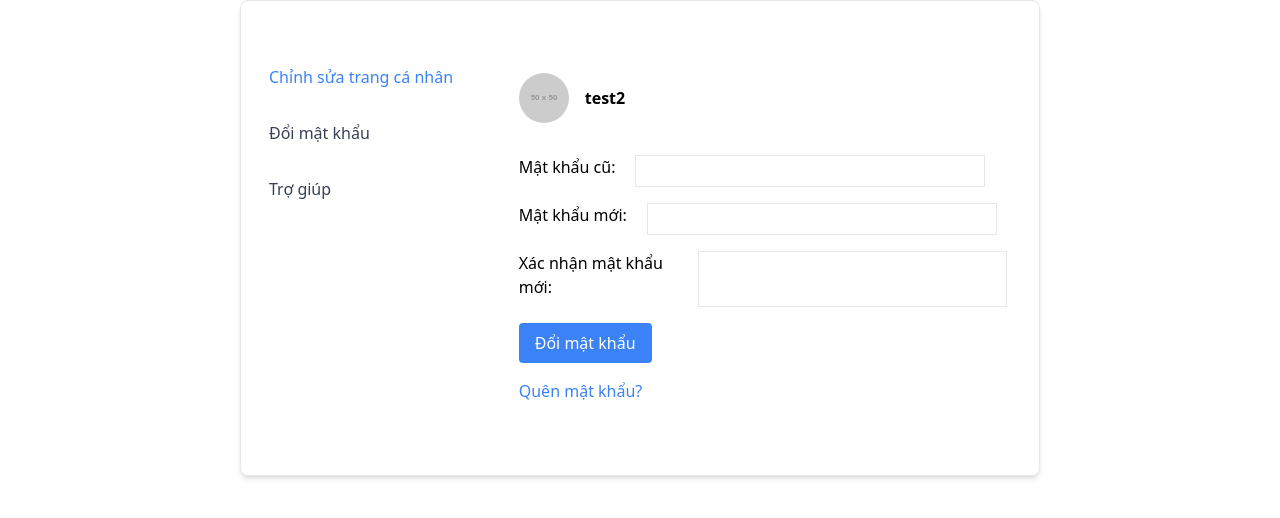
Repository: DangNgocDuong250903/2425_CS445AC_NHOM1
Page: /changepassword (app in social_fe/)
These files come from the project's save history. The page is drawn as it stood at one moment and after the next save; the edit follows.
The browser window is 1280 px wide. The pictures show the whole page.
The project was rebuilt for these pictures with package versions that can differ from the ones it lists, and the page was loaded fresh each time. Also part of the build but not shown: social_fe/vite.config.js, social_fe/src/components/Button/index.jsx, social_fe/src/assets/index.js, social_fe/src/components/FriendCard/index.jsx, social_fe/src/components/Loading/index.jsx, social_fe/src/components/PostCard/index.jsx, social_fe/src/components/ProfileCard/index.jsx, social_fe/src/components/TextInput/index.jsx and 9 more.

Above is the page before, as saved 2024-11-05 16:48:44.

### social_fe/index.html
<!DOCTYPE html>
<html lang="en">
  <head>
    <meta charset="UTF-8" />
    <link rel="icon" type="image/svg+xml" href="/public/logo.svg" />
    <meta name="viewport" content="width=device-width, initial-scale=1.0" />
    <title>LinkVerse</title>
  </head>
  <body>
    <div id="root"></div>
    <script type="module" src="/src/main.jsx"></script>
  </body>
</html>

### social_fe/src/main.jsx
import { StrictMode } from "react";
import { createRoot } from "react-dom/client";
import App from "./App.jsx";
import "./index.css";
import { store } from "./redux/store.js";
import { Provider } from "react-redux";
import { BrowserRouter } from "react-router-dom";

createRoot(document.getElementById("root")).render(
  <StrictMode>
    <Provider store={store}>
      <BrowserRouter>
        <App />
      </BrowserRouter>
    </Provider>
  </StrictMode>,
);

### social_fe/src/App.jsx
import { Outlet, Navigate, Route, Routes, useLocation } from "react-router-dom";
import {
  Home,
  Profile,
  Register,
  Login,
  ResetPassword,
  NotFound,
} from "./pages";
import { useSelector } from "react-redux";
import UpdateUser from "./pages/ProfilePage/updateUser";
import ChangePassword from "./pages/ProfilePage/ChangePassword";

const Layout = () => {
  const { user } = useSelector((state) => state.user);
  const location = useLocation();

  return user?.token ? (
    <Outlet />
  ) : (
    <Navigate to="/login" state={{ from: location }} replace />
  );
};

function App() {
  const { theme } = useSelector((state) => state.theme);

  return (
    <div data-theme={theme} className="w-full min-h-[100vh]">
      <Routes>
        <Route element={<Layout />}>
          <Route path="/" element={<Home />} />
          <Route path="/profile" element={<Profile />} />
          <Route path="/update_user" element={<UpdateUser />} />
          <Route path="/changepassword" element={<ChangePassword />} />




        </Route>

        <Route path="/register" element={<Register />} />
        <Route path="/login" element={<Login />} />
        <Route path="/reset-password" element={<ResetPassword />} />
        <Route path="*" element={<NotFound />} />
      </Routes>
    </div>
  );
}

export default App;

### social_fe/src/index.css
@tailwind base;
@tailwind components;
@tailwind utilities;

::-webkit-scrollbar {
    display: none;
     -ms-overflow-style: none;  /* IE and Edge */
    scrollbar-width: none;
  }

  .topbar{
  position: sticky;
  top: 0px;
  z-index: 49;
  }


  .dots-container {
    display: flex;
    align-items: center;
    justify-content: center;
    height: 100%;
    width: 100%;
    margin-bottom: 5px;
  }

  .dot {
    height: 12px;
    width: 12px;
    margin-right: 10px;
    border-radius: 10px;
    background-color: #fff;
    animation: pulse 1.5s infinite ease-in-out;
  }

  .dot:last-child {
    margin-right: 0;
  }

  .dot:nth-child(1) {
    animation-delay: -0.3s;
  }

  .dot:nth-child(2) {
    animation-delay: -0.1s;
  }

  .dot:nth-child(3) {
    animation-delay: 0.1s;
  }

  @keyframes pulse {
    0% {
      transform: scale(0.8);
      background-color: #b3d4fc;
      box-shadow: 0 0 0 0 rgba(178, 212, 252, 0.7);
    }

    50% {
      transform: scale(1.2);
      background-color: #4b79e4;
      box-shadow: 0 0 0 10px rgba(178, 212, 252, 0);
    }

    100% {
      transform: scale(0.8);
      background-color: #2584f8;
      box-shadow: 0 0 0 0 rgba(178, 212, 252, 0.7);
    }
  }

  @layer base {
    :root {
      --color-bg: 227 227 227;
      --color-primary: 255 255 255;
      --color-secondary:255 255 255;
      --color-ascent1: 0 0 0;
      --color-ascent2: 89 91 100;
      --color-blue: 6 90 216;
      --color-white: 255 255 255;

    }
    /* //15 23 42  21 30 49*/
    [data-theme="dark"] {
       --color-bg: 12 12 12;
       --color-primary: 31 31 31;
      --color-secondary: 47 45 48;
      --color-ascent1: 255 255 255;
      --color-ascent2: 164 161 162;
      --color-blue: 6 90 216;
      /* //16 176 255; */
      --color-white: 255 255 255;
    }
  }

### social_fe/src/redux/store.js
import { configureStore } from "@reduxjs/toolkit";

import { rootReducer } from "./reducer";

const store = configureStore({
  reducer: rootReducer,
});

const { dispatch } = store;

export { store, dispatch };

### social_fe/src/pages/index.js
import Home from "./HomePage";
import Login from "./LoginPage";
import NotFound from "./NotFoundPage";
import Profile from "./ProfilePage";
import Register from "./RegisterPage";
import ResetPassword from "./ResetPasswordPage";

export { Home, Login, NotFound, Profile, Register, ResetPassword };

### social_fe/src/pages/ProfilePage/ChangePassword.jsx
import React, { useState } from 'react';
import { Link, useNavigate } from 'react-router-dom';

const ChangePassword = () => {
    const [selectedLink, setSelectedLink] = useState(1);
    const navigate = useNavigate()
    const handleLinkClick = (linkIndex) => {
        setSelectedLink(linkIndex);
    };
    return (
        <div className="flex w-[800px] mx-auto pt-10 pb-10 border border-gray-200 shadow-md rounded-lg">
            <div className="w-1/3 p-4 bg-white rounded-md ">
                <ul className="flex flex-col ">

                    <Link
                        to="/update_user"
                        onClick={() => handleLinkClick(1)}
                        className={`mb-4 font-medium hover:bg-gray-200 px-3 py-2 rounded-lg ${selectedLink === 1 ? 'text-blue-500' : 'text-gray-700'}`}
                    >
                        Chỉnh sửa trang cá nhân
                    </Link>


                    <Link
                        to="/changepassword"
                        onClick={() => handleLinkClick(2)}
                        className={`mb-4 font-medium hover:bg-gray-200 px-3 py-2 rounded-lg ${selectedLink === 2 ? 'text-blue-500' : 'text-gray-700'}`}
                    >
                        Đổi mật khẩu
                    </Link>

                    <Link

                        onClick={() => handleLinkClick(3)}
                        className={`mb-4 font-medium hover:bg-gray-200 px-3 py-2 rounded-lg ${selectedLink === 3 ? 'text-blue-500' : 'text-gray-700'}`}
                    >
                        Trợ giúp
                    </Link>
                </ul>
            </div>
            <div className="w-3/4 p-8">
                <div className="flex items-center mb-8">
                    <img src="https://placehold.co/50x50" alt="User avatar" className="mr-4 rounded-full" />
                    <span className="font-bold">test2</span>
                </div>
                <div className="flex gap-5 mb-4 ">
                    <label className="mb-2 ">Mật khẩu cũ:</label>
                    <input type="password" className="w-[350px] px-2 border" />
                </div>
                <div className="flex gap-5 mb-4">
                    <label className="mb-2 ">Mật khẩu mới:</label>
                    <input type="password" className=" w-[350px] px-2 border " />
                </div>
                <div className="flex gap-5 mb-4">
                    <label className="mb-2 ">Xác nhận mật khẩu mới:</label>
                    <input type="password" className=" w-[350px] px-2 border " />
                </div>
                <button className="px-4 py-2 text-white bg-blue-500 rounded">Đổi mật khẩu</button>
                <div className="mt-4">
                    <a href="#" className="text-blue-500">Quên mật khẩu?</a>
                </div>
            </div>
        </div>
    );
};

export default ChangePassword;

### social_fe/src/redux/reducer.js
import { combineReducers } from "@reduxjs/toolkit";

import postSlice from "./Slices/postSlice";
import themeSlice from "./Slices/theme";
import userSlice from "./Slices/userSlice";

const rootReducer = combineReducers({
  user: userSlice,
  theme: themeSlice,
  posts: postSlice,
});

export { rootReducer };

### social_fe/src/redux/Slices/postSlice.js
import { createSlice } from "@reduxjs/toolkit";

const initialState = {
  posts: {},
};

const postSlice = createSlice({
  name: "post",
  initialState,
  reducers: {
    getPosts(state, action) {
      state.posts = action.payload;
    },
  },
});

export default postSlice.reducer;

export function SetPosts(post) {
  return (dispatch) => {
    dispatch(postSlice.actions.getPosts(post));
  };
}

### social_fe/src/redux/Slices/theme.js
import { createSlice } from "@reduxjs/toolkit";

const initialState = {
  theme: JSON.parse(window?.localStorage.getItem("theme")) ?? "dark",
};

const themeSlice = createSlice({
  name: "theme",
  initialState,
  reducers: {
    setTheme(state, action) {
      state.theme = action.payload;
      localStorage.setItem("theme", JSON.stringify(action.payload));
    },
  },
});

export default themeSlice.reducer;

export function SetTheme(value) {
  return (dispatch) => {
    dispatch(themeSlice.actions.setTheme(value));
  };
}

### social_fe/src/redux/Slices/userSlice.js
import { createSlice } from "@reduxjs/toolkit";

import { user } from "../../assets/data";

const initialState = {
  user: JSON.parse(window?.localStorage.getItem("user")) ?? user,
  edit: false,
};

const userSlice = createSlice({
  name: "user",
  initialState,
  reducers: {
    login(state, action) {
      state.user = action.payload;
      localStorage.setItem("user", JSON.stringify(action.payload));
    },
    logout(state) {
      state.user = null;
      localStorage?.removeItem("user");
    },
    updateProfile(state, action) {
      state.edit = action.payload;
    },
  },
});
export default userSlice.reducer;

export function UserLogin(user) {
  return (dispatch) => {
    dispatch(userSlice.actions.login(user));
  };
}

export function Logout() {
  return (dispatch) => {
    dispatch(userSlice.actions.logout());
  };
}

export function UpdateProfile(val) {
  return (dispatch) => {
    dispatch(userSlice.actions.updateProfile(val));
  };
}

### social_fe/tailwind.config.js
/** @type {import('tailwindcss').Config} */
export default {
  content: [
    "./index.html",
    "./src/**/*.{js,ts,jsx,tsx}",
  ],
  theme: {
    extend: {
      colors: {
        bgColor: "rgb(var(--color-bg) / <alpha-value>)",
        primary: "rgb(var(--color-primary) / <alpha-value>)",
        secondary: "rgb(var(--color-secondary) / <alpha-value>)",
        customBlue: "rgb(var(--color-blue) / <alpha-value>)",
        white: "rgb(var(--color-white) / <alpha-value>)",
        ascent: {
          1: "rgb(var(--colorgit-ascent1) / <alpha-value>)",
          2: "rgb(var(--color-ascent2) / <alpha-value>)",
        },
      },
      screens: {
        sm: "640px",

        md: "768px",

        lg: "1024px",

        xl: "1280px",

        "2xl": "1536px",
      },
      extend: {
      },
    },
    plugins: [],
  }
}

Loaded but not shown: social_fe/src/assets/data.js (508 lines, source omitted)

After the next save:
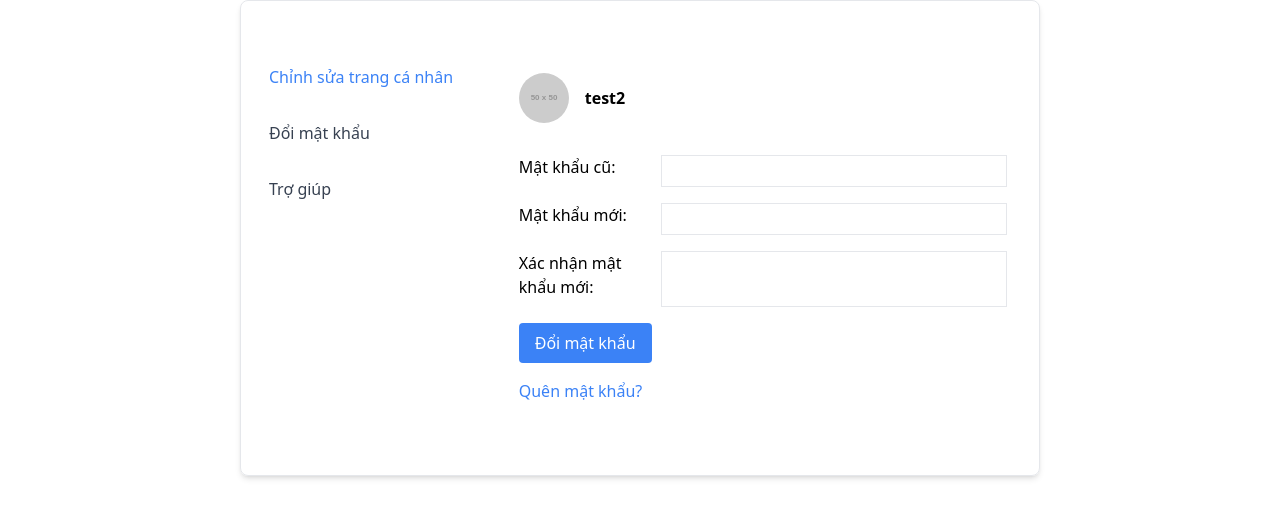
Saved 2 min 45 s later.
--- a/social_fe/src/pages/ProfilePage/ChangePassword.jsx
+++ b/social_fe/src/pages/ProfilePage/ChangePassword.jsx
@@ -43,17 +43,17 @@ const ChangePassword = () => {
                     <img src="https://placehold.co/50x50" alt="User avatar" className="mr-4 rounded-full" />
                     <span className="font-bold">test2</span>
                 </div>
-                <div className="flex gap-5 mb-4 ">
-                    <label className="mb-2 ">Mật khẩu cũ:</label>
-                    <input type="password" className="w-[350px] px-2 border" />
+                <div className="flex gap-5 mb-4">
+                    <label className="w-1/4 mb-2">Mật khẩu cũ:</label>
+                    <input type="password" className="flex-grow px-2 border" />
                 </div>
                 <div className="flex gap-5 mb-4">
-                    <label className="mb-2 ">Mật khẩu mới:</label>
-                    <input type="password" className=" w-[350px] px-2 border " />
+                    <label className="w-1/4 mb-2">Mật khẩu mới:</label>
+                    <input type="password" className="flex-grow px-2 border" />
                 </div>
                 <div className="flex gap-5 mb-4">
-                    <label className="mb-2 ">Xác nhận mật khẩu mới:</label>
-                    <input type="password" className=" w-[350px] px-2 border " />
+                    <label className="w-1/4 mb-2">Xác nhận mật khẩu mới:</label>
+                    <input type="password" className="flex-grow px-2 border" />
                 </div>
                 <button className="px-4 py-2 text-white bg-blue-500 rounded">Đổi mật khẩu</button>
                 <div className="mt-4">
